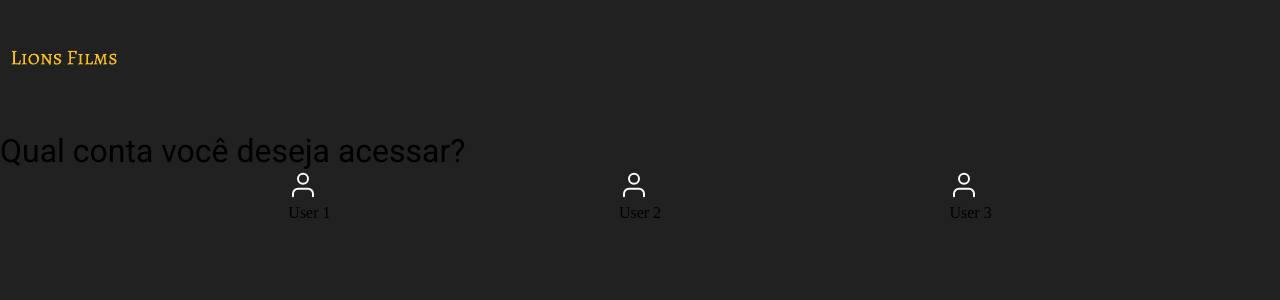
Repository: Leonngc/streaming-project
Page: index.html
The author's editor kept a copy of each file at every save. The page is drawn from the files as they stood at one save, then again after the next save.
The browser window is 1280 px wide. The pictures show the whole page.
The style sheet was rebuilt from its Sass, Less or Tailwind sources for each picture, by a compiler version that may differ from the author's.

Above is the page before, as saved 2023-09-02 12:39:14.

After the next save:
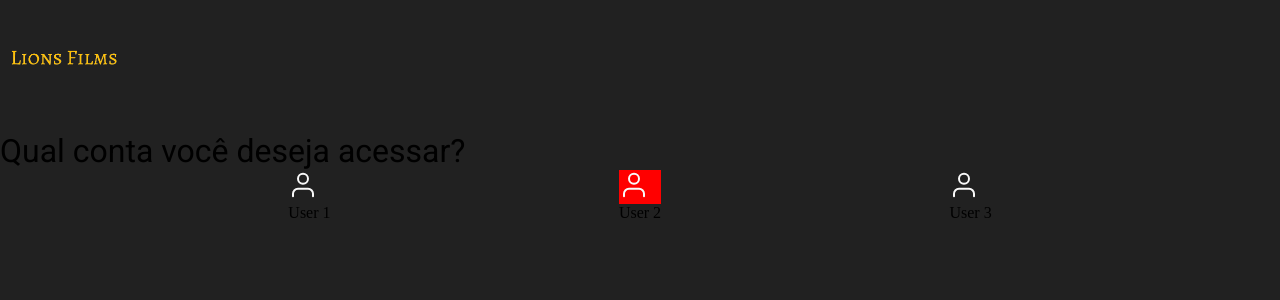
Saved 11 s later.
--- a/index.html
+++ b/index.html
@@ -18,7 +18,7 @@
                 <span>User 1</span>
             </div>
             <div class="users">
-                <div class="user-img"><a href=""><img src="streaming-assets/user.svg" alt=""></a></div>
+                <div class="user-img" style="background-color: red;"><a href=""><img src="streaming-assets/user.svg" alt=""></a></div>
                 <Span>User 2</Span>
             </div>
             <div class="users">

After the save that followed:
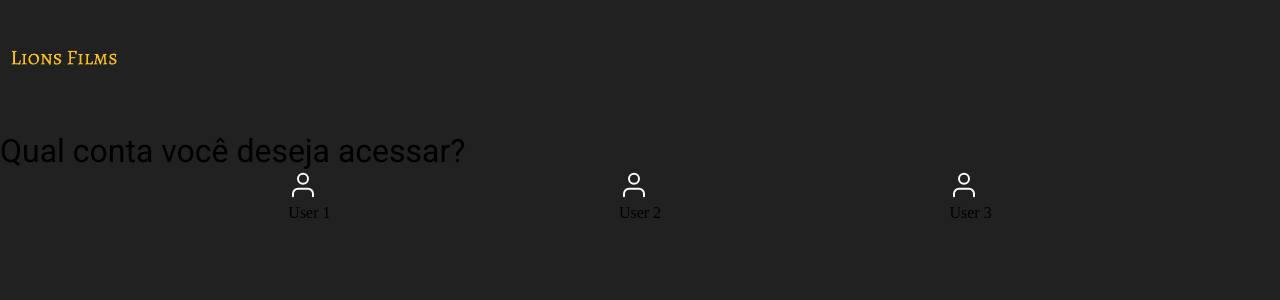
Saved 8 s later.
--- a/index.html
+++ b/index.html
@@ -18,7 +18,7 @@
                 <span>User 1</span>
             </div>
             <div class="users">
-                <div class="user-img" style="background-color: red;"><a href=""><img src="streaming-assets/user.svg" alt=""></a></div>
+                <div class="user-img"><a href=""><img src="streaming-assets/user.svg" alt=""></a></div>
                 <Span>User 2</Span>
             </div>
             <div class="users">
